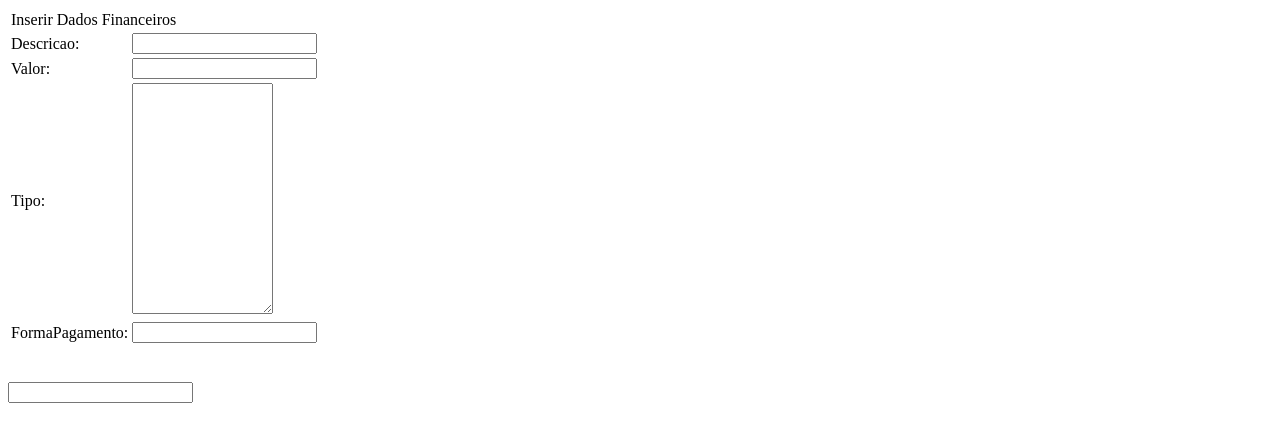
Repository: TadeuN1/PersonalProject-mySQL-eclipseIDE
Page: Movimentacoes/src/main/webapp/InfoMovimentacoes.html
The author's editor kept a copy of each file at every save. The page is drawn from the files as they stood at one save, then again after the next save.
The browser window is 1280 px wide. The pictures show the whole page.

Above is the page before, as saved 2023-06-28 20:14:23.

After the next save:
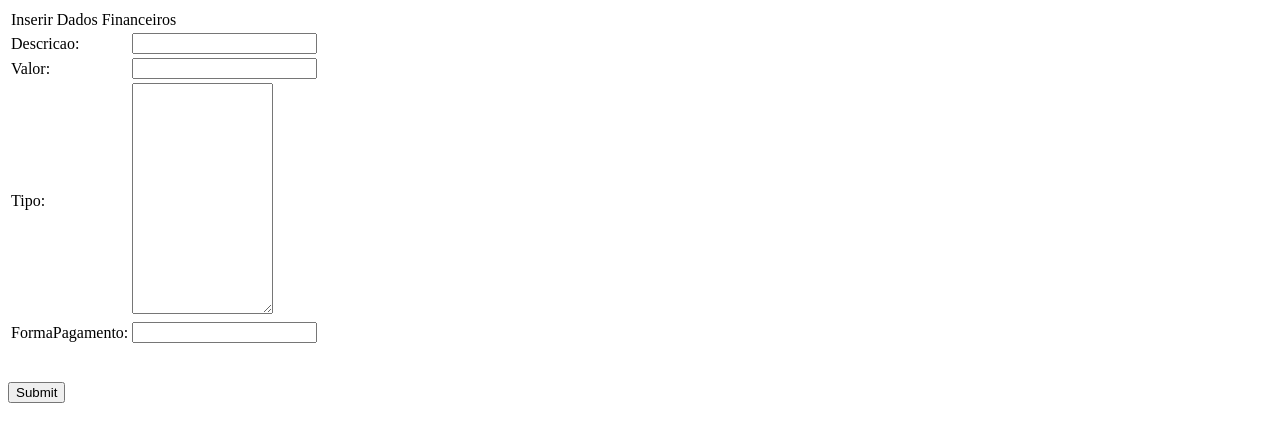
Saved 19 s later.
--- a/Movimentacoes/src/main/webapp/InfoMovimentacoes.html
+++ b/Movimentacoes/src/main/webapp/InfoMovimentacoes.html
@@ -31,7 +31,7 @@
 		</tr>
 		</table>
 		<br><br>
-		<input type="Summit" name="Salvar">
+		<input type="Submit" name="Salvar">
 		</form>
 		</body>
 		</html>
